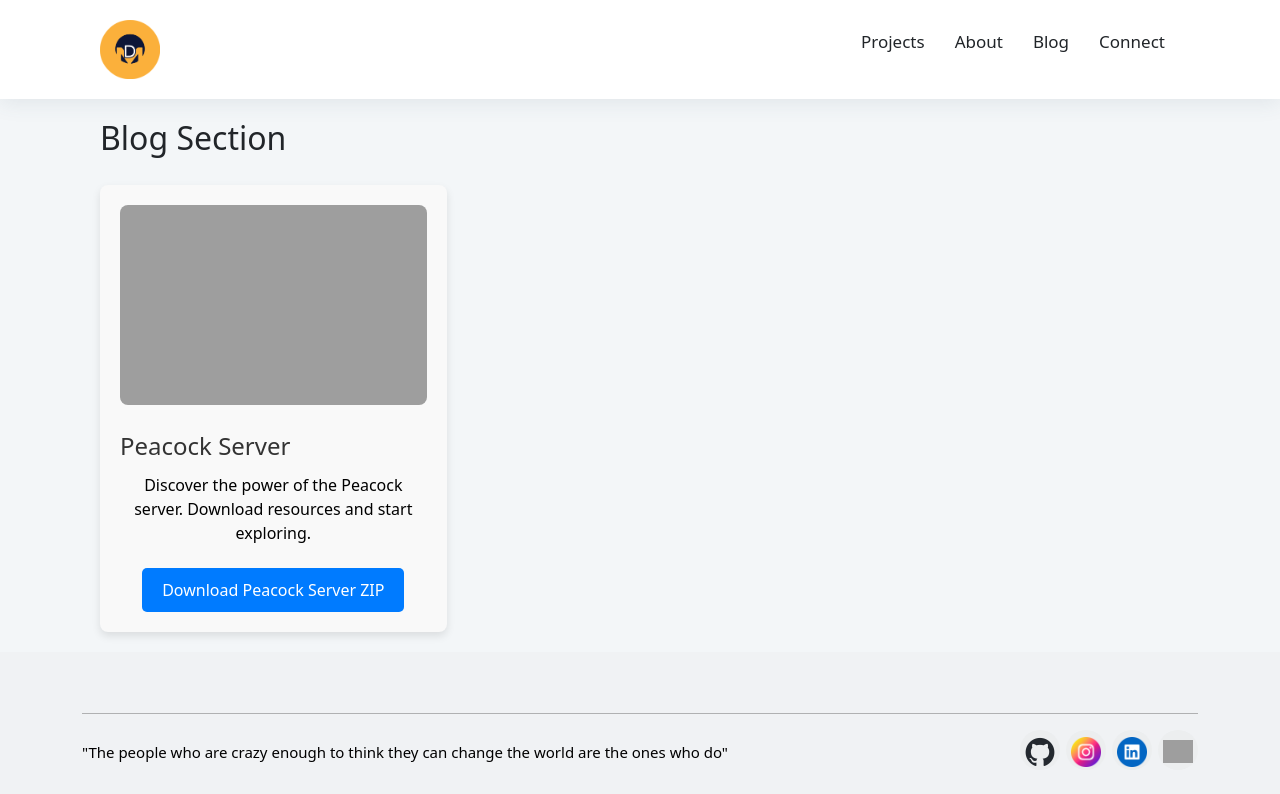
Repository: kaizoku010/firebrand
Page: /blog
The author's editor kept a copy of each file at every save. The page is drawn from the files as they stood at one save, then again after a run of saves.
The browser window is 1280 px wide. The pictures show the whole page.
Pictures or frames that could not be fetched are drawn as grey boxes. The project was rebuilt for these pictures with package versions that can differ from the ones it lists, and the page was loaded fresh each time. Also part of the build but not shown: vite.config.js, src/update/homescreen.js, src/update/about.css, src/components/chips.css, src/components/chips.js, src/update/about.js, src/dataPoint/AllProjects.js, src/update/appsPage.js and 2 more.

Above is the page before, as saved 2024-11-11 11:54:31.

After the next 5 saves:
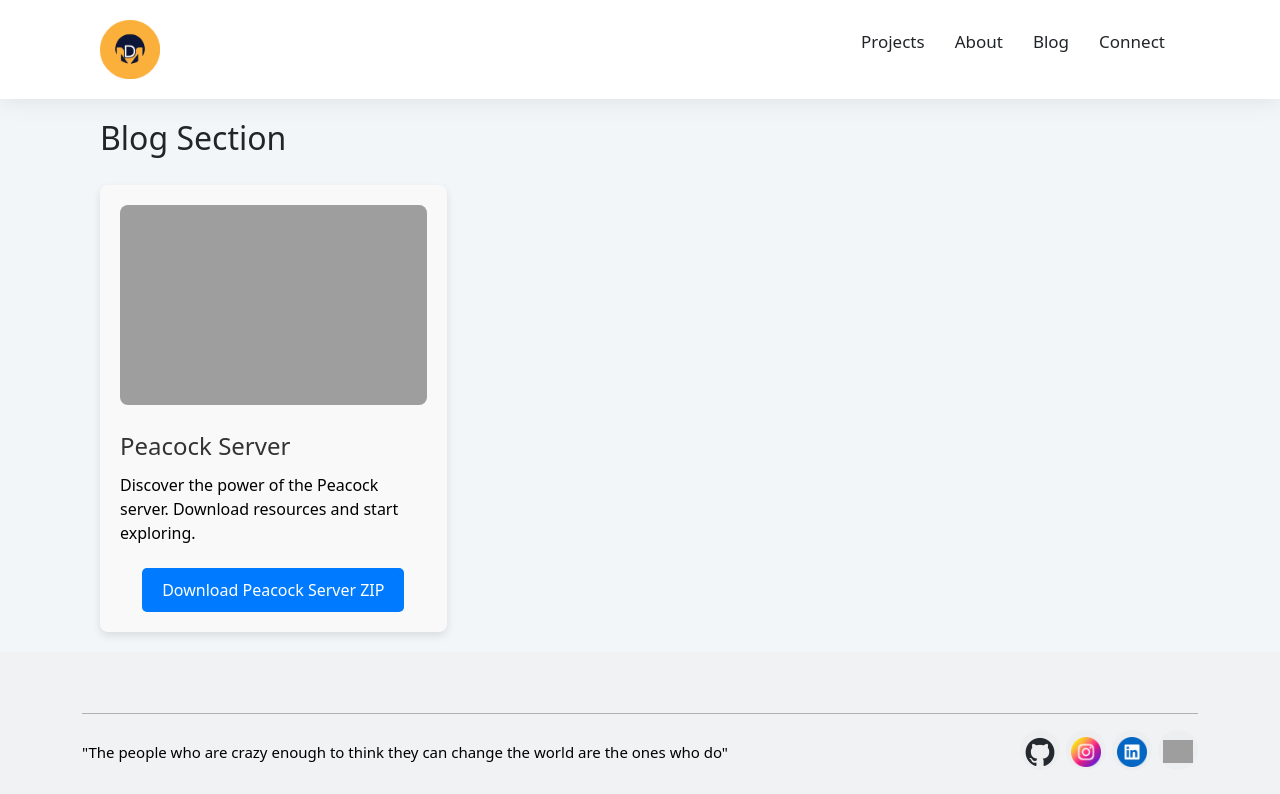
The 5 saves are shown as one change because they came seconds apart.
The last was saved 16 s later.
--- a/src/update/blog.css
+++ b/src/update/blog.css
@@ -39,6 +39,8 @@ padding-top: 20px;
 
   .blog-item-description {
     font-size: 1em;
+    text-align: left;
+
     color: #666;
     margin: 0.5em 0;
   }
@@ -47,6 +49,7 @@ padding-top: 20px;
     margin-top: 15px;
     padding: 10px 20px;
     font-size: 1em;
+    align-self: self-start;
     color: white;
     background-color: #007bff;
     border: none;
